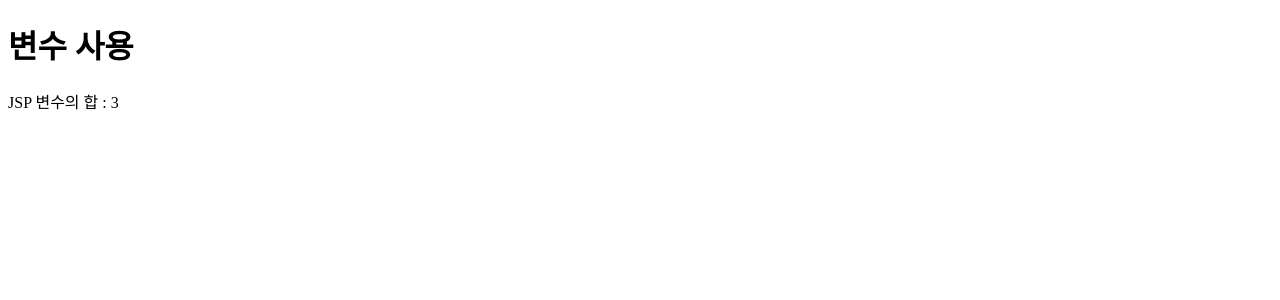
Repository: dnwpdud/WEB_CODES
Page: http://localhost/Web07_EL_JSTL/01_Expression_Language/01_basic.jsp
An editor plug-in stored every save of this project. The page is shown before and after the next save, followed by the edit.
The browser window is 1280 px wide. The pictures show the whole page.
The page is served by Tomcat 9. Other server files are loaded and not shown.

Above is the page before, as saved 2024-04-05 06:46:31.

### Web07_EL_JSTL/src/main/webapp/01_Expression_Language/01_basic.jsp
<%@ page language="java" contentType="text/html; charset=UTF-8"
    pageEncoding="UTF-8"%>
<!DOCTYPE html>
<html>
<head>
<meta charset="UTF-8">
<title>EL 기초</title>
</head>
<body>
	<%--
		EL(Expression Language)
		- page, request, session, application 관련 데이터 출력 코드를
			간략하게 사용할 수 있는 표기법
		- 자바빈 컴퍼너트를 쉽게 접근하게 도와줌]
		- 집합 객체(list, String[])에 대한 접근 방법을 제공
		- 수치 연산, 관계 연산, 논리 연산자 제공
		- 표현 언어만의 기본 객체 제공(범위 객체)

		EL 기본 객체
		- pageContext : JSP의 page 기본 객체와 동일
		- pageScope : page 기본 객체에 저장된 속성의 <속성, 값>
			매핑을 저장한 Map 객체// map은 키 벨류방식이다.
		- requestScope : request 기본 객체에 저장된 속성의 <속성, 값>
			매핑을 저장한 Map 객체
		- sessionScope : session 기본 객체에 저장된 속성의 <속성, 값>
			매핑을 저장한 Map 객체
		- applicationScope : application 기본 객체에 저장된 <속성, 값>
			매핑을 저장한 Map 객체
		- param : 요청 파라미터의 <파라미터이름, 값> 매핑을 저장한 Map 객체,
			타입은 String (request.getParameter("파라미터이름")과 동일)
		- paramValues : 요청 파라미터의 <파라미터이름, 값> 매핑을 저장한 Map 객체,
			타입은 String[] (request.getParameterValues("파라미터이름")과 동일)
		- cookie : <쿠키이름, 쿠키값> 매핑을 저장한 Map 객체
			(request.getCookies() 와 동일)
		- initParam : 초기화된 파라미터의 <파라미터이름, 값> 매핑을 저장한 Map 객체
			(application.getInitParameter("파라미터이름")과 동일)
	 --%>
	 <%
	 	pageContext.setAttribute("num1", 1);
	 	request.setAttribute("num2", 2);
	 	session.setAttribute("num3", 3);
	 	application.setAttribute("num4", 4);

	 	// 기존 방식으로 값 출력
	 	int number1 = (Integer) pageContext.getAttribute("num1");
	 	int number2 = (Integer) request.getAttribute("num2");
	 %>
	 <h1>변수 사용</h1>
	 <p>JSP 변수의 합 : <%=number1 + number2 %></p>

</body>
</html>

After the next save:
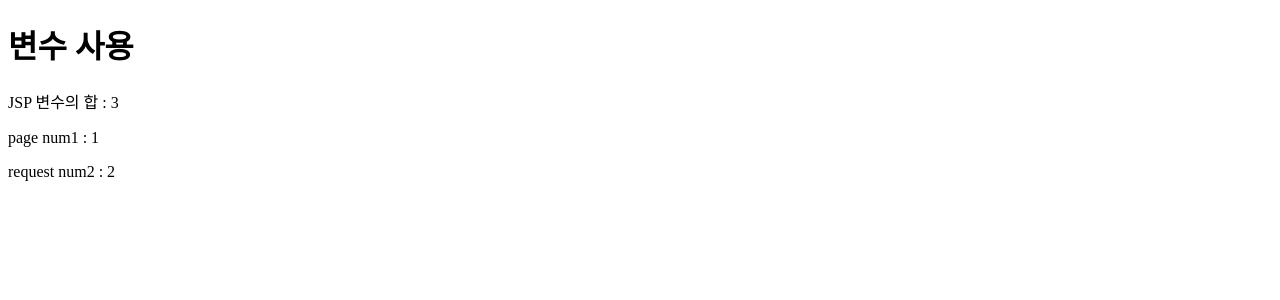
Saved 97 s later.
--- a/Web07_EL_JSTL/src/main/webapp/01_Expression_Language/01_basic.jsp
+++ b/Web07_EL_JSTL/src/main/webapp/01_Expression_Language/01_basic.jsp
@@ -47,6 +47,7 @@
 	 %>
 	 <h1>변수 사용</h1>
 	 <p>JSP 변수의 합 : <%=number1 + number2 %></p>
-
+	 <p>page num1 : ${num1 }</p><%-- pageContext.getAttribute("num1") --%>
+	 <p>request num2 : ${num2 }</p><%-- request.getAttribute("num2") --%>
 </body>
 </html>
